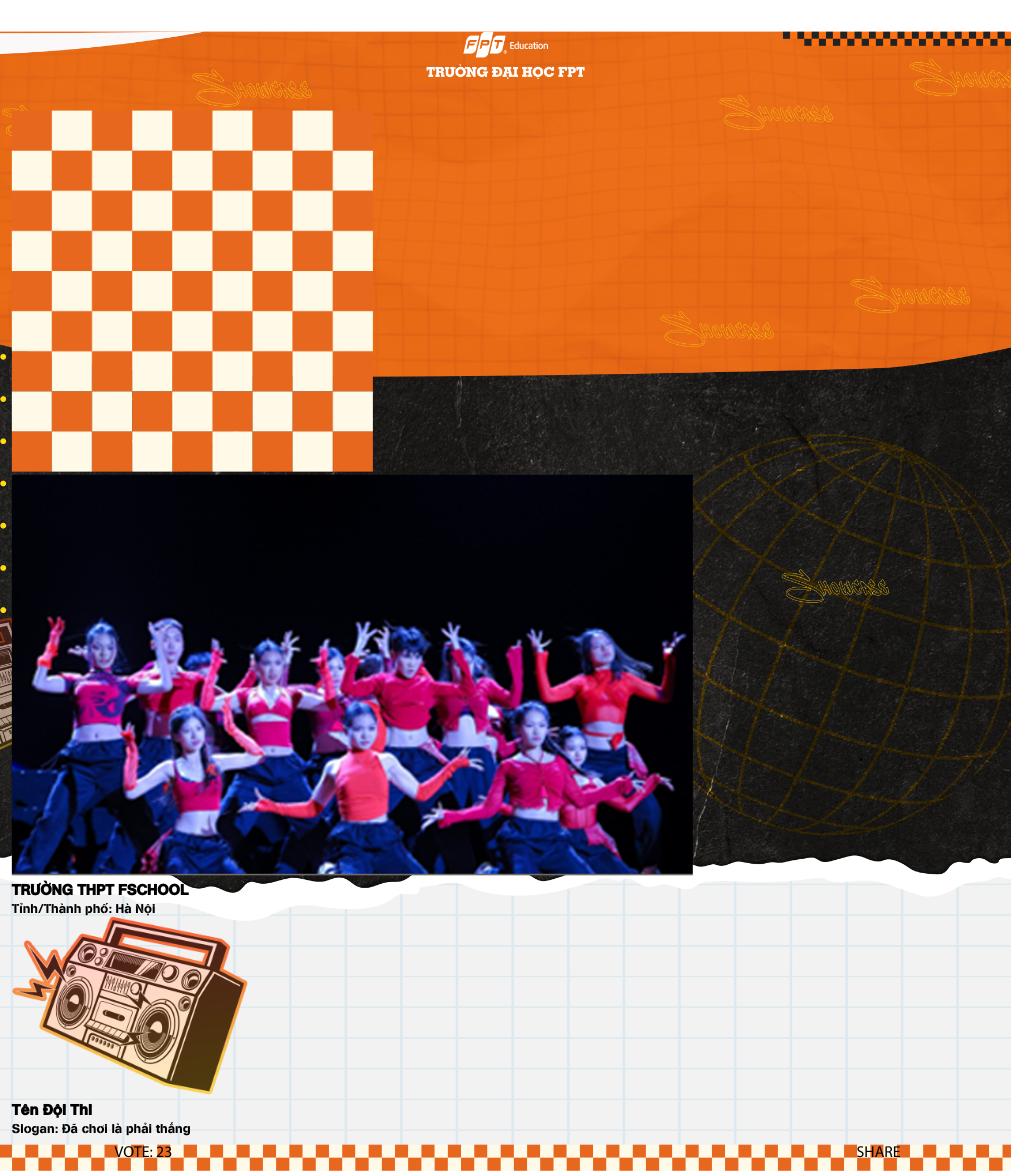
Repository: dinhtri123/hola_fpt
Page: detail.html
An editor plug-in stored every save of this project. The page is shown before and after a run of saves, followed by the edit.
The browser window is 1280 px wide. The pictures show the whole page, at 79% of full size.

Above is the page before, as saved 2025-01-04 22:40:13.

After the next 2 saves:
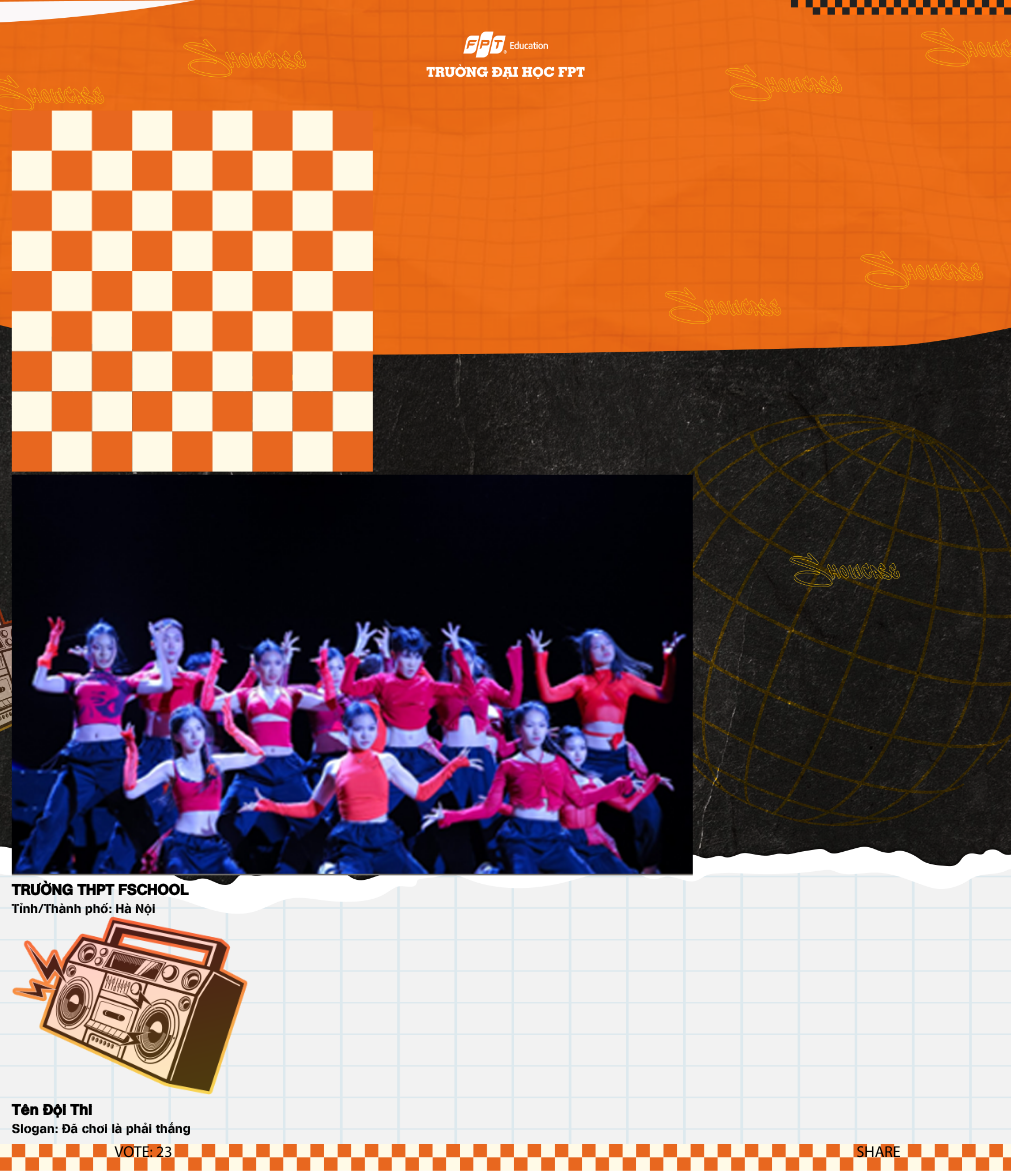
The 2 saves are shown as one change because they came seconds apart.
The last was saved 7 s later.
--- a/styles.css
+++ b/styles.css
@@ -362,7 +362,7 @@
   max-width: 200px;
   margin: 0px auto 40px;
   display: flex;
-  margin-top: 40px;
+  padding-top: 40px;
 }
 
 @media screen and (max-width: 1280px) {
